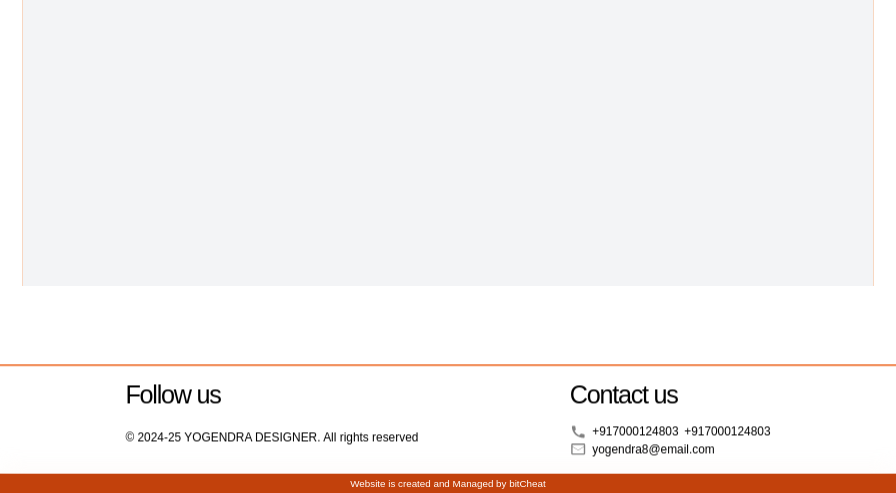
Repository: hitoutvrma/MB_designs-Interior-Designing-website
Page: /about
These files come from the project's save history. The page is drawn as it stood at one moment and after the next save; the edit follows.
The browser window is 1280 px wide. The pictures show the part of the page from y = 2332 to 4252 px (the page is 3036 px tall before and 4252 px after), at 70% of full size.
The project was rebuilt for these pictures with package versions that can differ from the ones it lists, and the page was loaded fresh each time. The framework's server and built-in components were replaced by stand-ins that run in the browser. Also part of the build but not shown: next.config.mjs.

Above is the page before, as saved 2024-09-16 21:03:45.

After the next save:
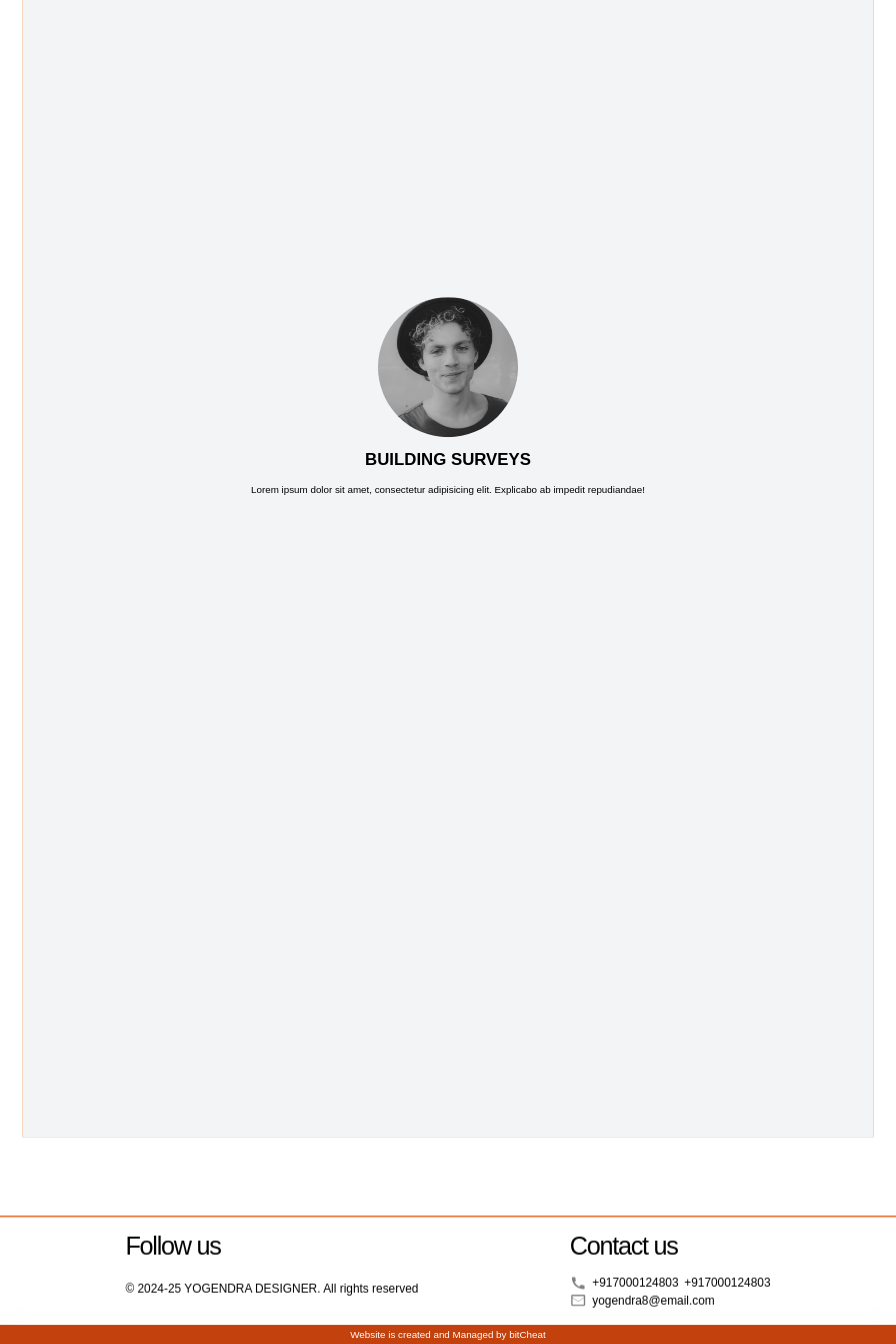
Saved 54 s later.
--- a/app/about/page.jsx
+++ b/app/about/page.jsx
@@ -51,6 +51,14 @@ const page = () => {
 
             </div>
           </div>
+          <div className='border-2 border-primary'>
+            <div className='p-4 text-center bg-gray-100 aspect-square dark:bg-slate-600 -m-0.5 transition hover:-translate-y-3 hover:-translate-x-3'>
+              <Image src="/image/profile2.jpg" width={200} height={200} alt='' className='mx-auto rounded-full'/>
+              <h2 className='py-4 text-2xl font-semibold uppercase'>Building Surveys</h2>
+              <p className='text-sm'>Lorem ipsum dolor sit amet, consectetur adipisicing elit. Explicabo ab impedit repudiandae!</p>
+
+            </div>
+          </div>
         </div>
       </div>
       </div>
